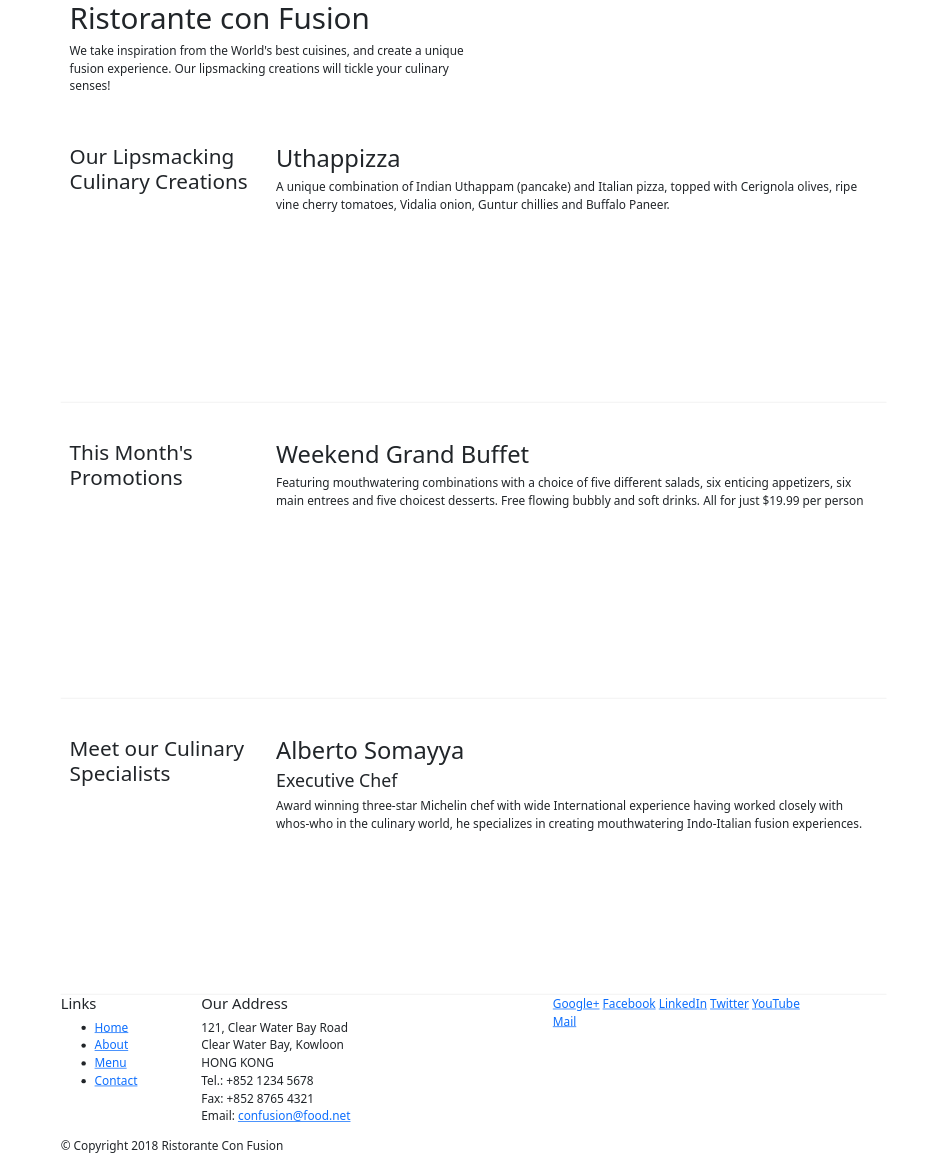
Repository: DungBuiTuan/FER201m
Page: index.html
These files come from the project's save history. The page is drawn as it stood at one moment and after the next save; the edit follows.
The browser window is 1280 px wide. The pictures show the whole page, at 74% of full size.
Some web libraries are served in a nearby version.

Above is the page before, as saved 2023-05-16 23:09:58.

After the next save:
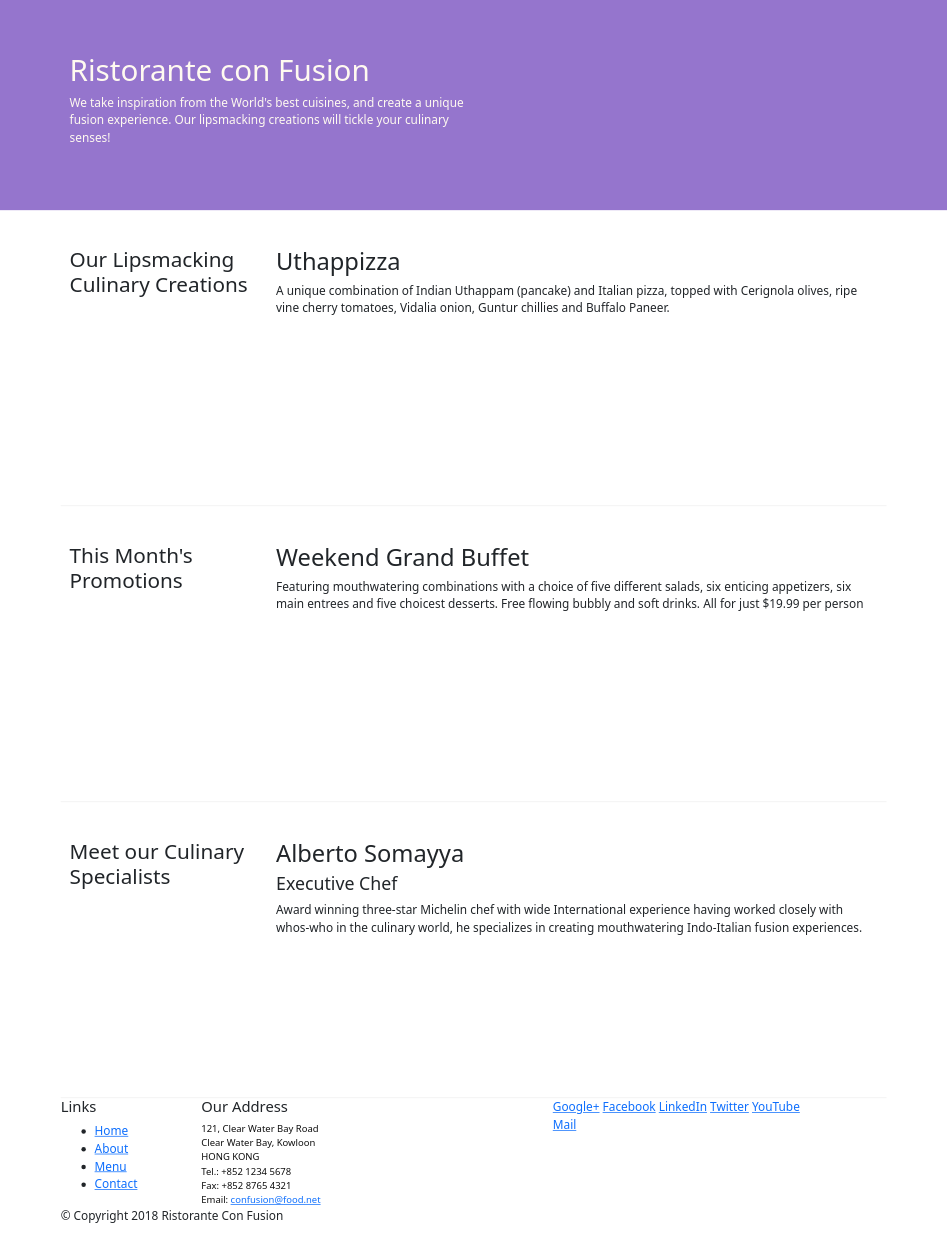
Saved 28 s later.
--- a/css/styles.css
+++ b/css/styles.css
@@ -15,3 +15,16 @@
     margin:0px auto;
     padding: 20px 0px 20px 0px;
 }
+
+.jumbotron {
+    padding:70px 30px 70px 30px;
+    margin:0px auto;
+    background: #9575CD ;
+    color:floralwhite;
+}
+
+address{
+    font-size:80%;
+    margin:0px;
+    color:#0f0f0f;
+}
